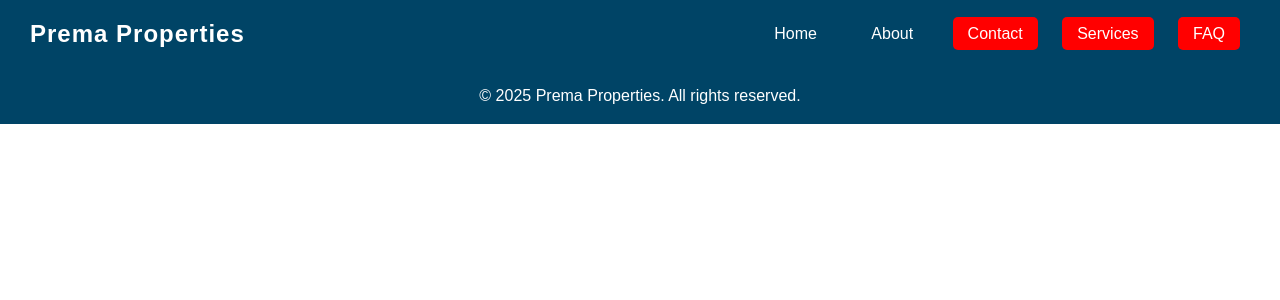
Repository: mnqobiMenzi/Prema-Properties
Page: FAQ.html
An editor plug-in stored every save of this project. The page is shown before and after the next save, followed by the edit.
The browser window is 1280 px wide. The pictures show the whole page.

Above is the page before, as saved 2025-10-04 08:52:06.

### FAQ.html
<!DOCTYPE html>
<html lang="en">
<head>
  <meta charset="UTF-8">
  <meta name="viewport" content="width=device-width, initial-scale=1.0">
  <title>Prema Properties</title>
  <link rel="stylesheet" href="CSS/style.css">
</head>
<body>

  <!-- Header / Navigation -->
  <header>
    <div class="logo">Prema Properties</div>
    <nav>
      <a href="index.html">Home</a>
      <a href="about-us.html">About</a>
      <a href="contact-us.html" class="active">Contact</a>
      <a href="services.html" class="active">Services</a>
      <a href="#FAQ" class="active">FAQ</a>
    </nav>
  </header>


  <!-- Footer -->
  <footer>
    <p>© 2025 Prema Properties. All rights reserved.</p>
  </footer>

</body>
</html>

### CSS/style.css
* {
  margin: 0;
  padding: 0;
  box-sizing: border-box;
  font-family: Arial, sans-serif;
}

body {
  line-height: 1.6;
  color: #333;
}

/* Header */
header {
  position: sticky;
  top: 0;
  display: flex;
  justify-content: space-between;
  align-items: center;
  padding: 15px 30px;
  background: #004466;
  color: #fff;
  z-index: 1000;
}
header .logo {
  font-size: 1.5em;
  font-weight: 700;
  font-family: 'Poppins', sans-serif;
  color: #fff;
  letter-spacing: 1px;
  display: flex;
  align-items: center;
}
header nav a {
  margin: 0 10px;
  color: #fff;
  padding: 8px 15px;
  border-radius: 5px;
  text-decoration: none;
  font-weight: 500;
  font-family: 'Poppins', sans-serif;
  transition: color 0.3s ease, border-bottom 0.3s ease;
}

header nav a:hover {
  color: #fff;
  background: rgba(128, 128, 128, 0.3);
  /* border-bottom: 2px solid #ffcc00; */
  padding-bottom: 3px;
}
/* Active link */
header nav a.active {
  /* background: #ffcc00;
  font-weight: bold;
  border-bottom: 2px solid #004466; */
  background: red;
}
/* Hero */
.hero {
  background: url('https://source.unsplash.com/1600x600/?house,property') no-repeat center center/cover;
  color: white;
  text-align: center;
  padding: 100px 20px;
}
.hero h1 {
  font-size: 2.5em;
}
.hero .btn {
  display: inline-block;
  margin-top: 20px;
  padding: 10px 20px;
  background: #ff6600;
  color: white;
  border-radius: 5px;
  text-decoration: none;
}
.hero .btn:hover {
  background: #cc5200;
}

/* Sections */
section {
  padding: 50px 20px;
  text-align: center;
}
.services .service-list {
  display: grid;
  grid-template-columns: repeat(auto-fit, minmax(200px, 1fr));
  gap: 20px;
  margin-top: 20px;
}
.service {
  background: #f4f4f4;
  padding: 20px;
  border-radius: 10px;
}

/* Contact */
.contact form {
  display: flex;
  flex-direction: column;
  max-width: 400px;
  margin: auto;
}
.contact input, .contact textarea {
  margin-bottom: 15px;
  padding: 10px;
  border: 1px solid #ddd;
  border-radius: 5px;
}
.contact button {
  padding: 10px;
  border: none;
  background: #004466;
  color: white;
  cursor: pointer;
  border-radius: 5px;
}
.contact button:hover {
  background: #00334d;
}

/* Footer */
footer {
  background: #004466;
  color: #fff;
  text-align: center;
  padding: 15px;
}

After the next save:
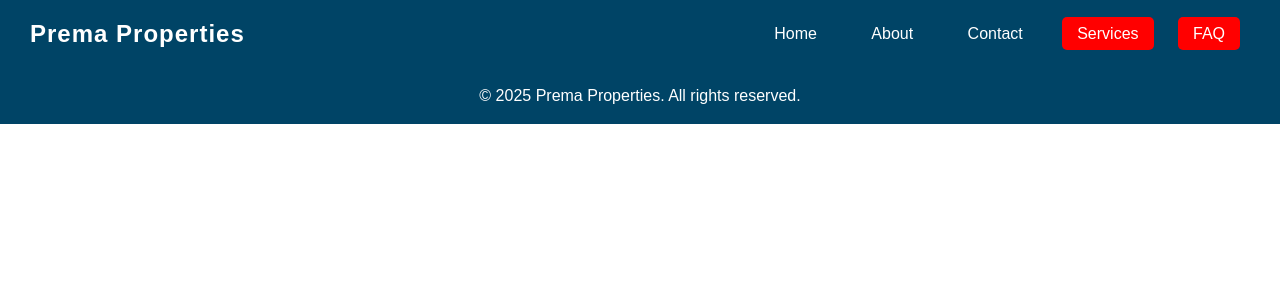
Saved 5 s later.
--- a/FAQ.html
+++ b/FAQ.html
@@ -14,7 +14,7 @@
     <nav>
       <a href="index.html">Home</a>
       <a href="about-us.html">About</a>
-      <a href="contact-us.html" class="active">Contact</a>
+      <a href="contact-us.html">Contact</a>
       <a href="services.html" class="active">Services</a>
       <a href="#FAQ" class="active">FAQ</a>
     </nav>
